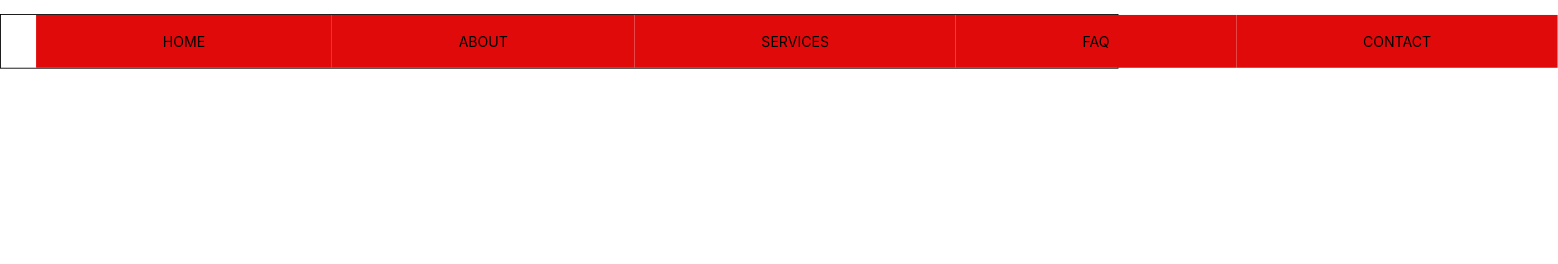
Repository: sriram1224/reactas1.github.io
Page: /
An editor plug-in stored every save of this project. The page is shown before and after the next save, followed by the edit.
The browser window is 1280 px wide. The page is 1770 px wide, then 1769 px, so the pictures cover 1770 px, including what lies to the right of the window. The pictures show the whole page, at 88% of full size.
The project was rebuilt for these pictures with package versions that can differ from the ones it lists, and the page was loaded fresh each time.

Above is the page before, as saved 2024-03-05 06:59:47.

### src/App.js
import Nav from './Components/Nav';
import './App.css';

function App() {
  return (
    <div className="App">
     <Nav />
    </div>
  );
}

export default App;

### src/Components/Nav.js

import Navc from './Nav.css';
function Nav(){
    return (
        <nav className='Nav'>
            <ul>
                <li id='first'>HOME</li>
                <li>ABOUT</li>
                <li>SERVICES</li>
                <li>FAQ</li>
                <li>CONTACT</li>
            </ul>
        </nav>
    )
}
export default Nav;

### src/Components/Nav.css
.Nav{
    display: flex;
    justify-content: space-between;
    align-items: center;

    width: 100%;
}
.Nav ul{
    display: flex;

    align-items: center;
    list-style: none;

    width: 96%;
    border: 1px solid #000;
}
.Nav ul li{
    padding: 20px 9rem;

    background-color: rgb(224, 10, 10);
    text-align: center;
}
#first{

    background-color: rgb(224, 10, 10);
}

Loaded but not shown: public/index.html (common file); src/index.js (common file); src/index.css (common file); src/reportWebVitals.js (common file); src/App.css (common file)

After the next save:
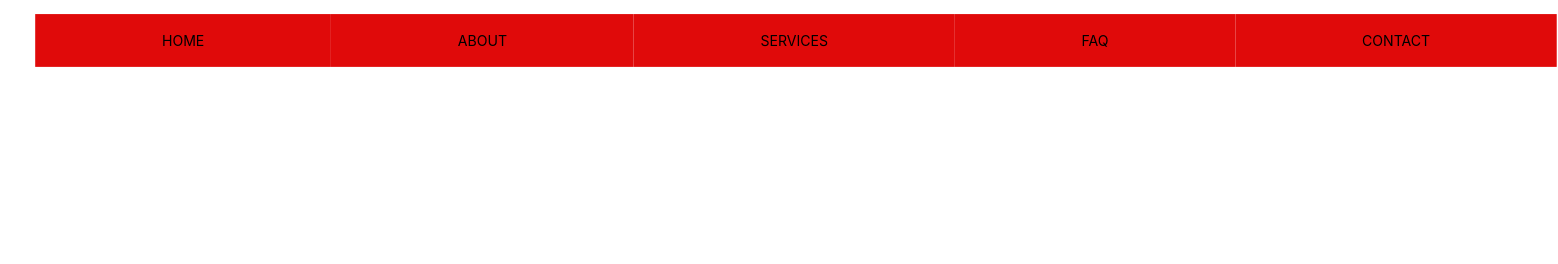
Saved 7 s later.
--- a/src/Components/Nav.css
+++ b/src/Components/Nav.css
@@ -12,7 +12,7 @@
     list-style: none;
 
     width: 96%;
-    border: 1px solid #000;
+
 }
 .Nav ul li{
     padding: 20px 9rem;
